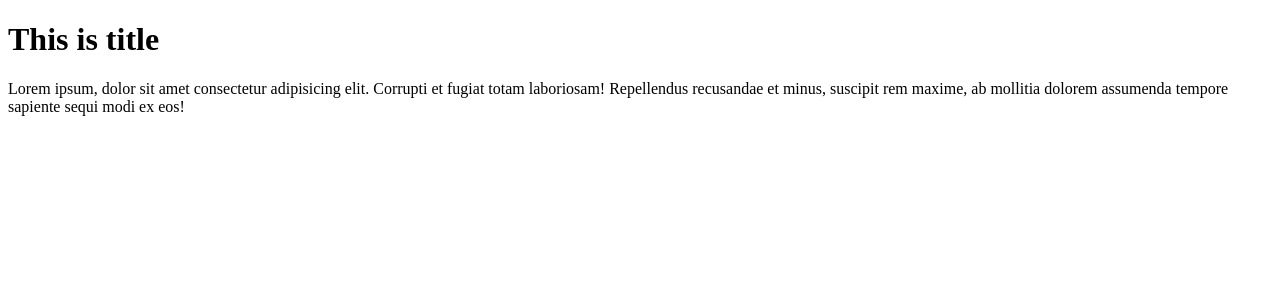
Repository: zRush1202/LoginPage-demo
Page: index.html
These files come from the project's save history. The page is drawn as it stood at one moment and after the next save; the edit follows.
The browser window is 1280 px wide. The pictures show the whole page.

Above is the page before, as saved 2023-08-09 21:06:37.

After the next save:
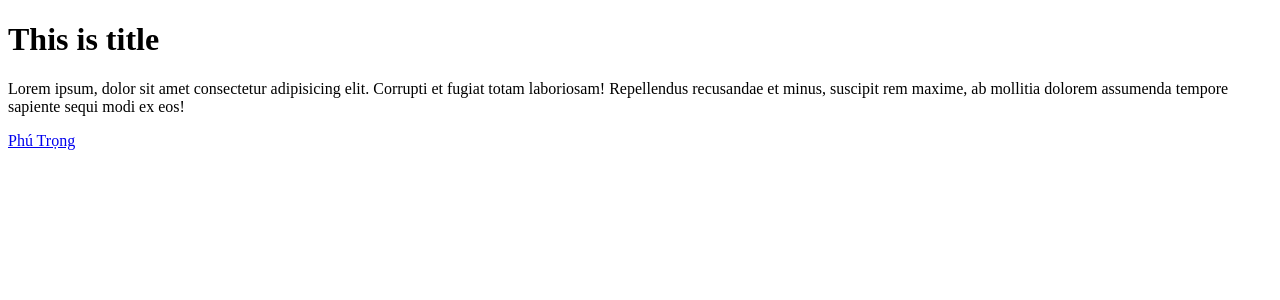
Saved 57 s later.
--- a/index.html
+++ b/index.html
@@ -11,6 +11,7 @@
     </h1>
     <div>Lorem ipsum, dolor sit amet consectetur adipisicing elit. Corrupti et fugiat totam laboriosam! Repellendus recusandae et minus, suscipit rem maxime, ab mollitia dolorem assumenda tempore sapiente sequi modi ex eos!</div>
     <p id = "#spinner"></p>
+    <a href="phutrong" class="link">Phú Trọng</a>
     <script src="dom/dom.js"></script>
 </body>
 </html>
